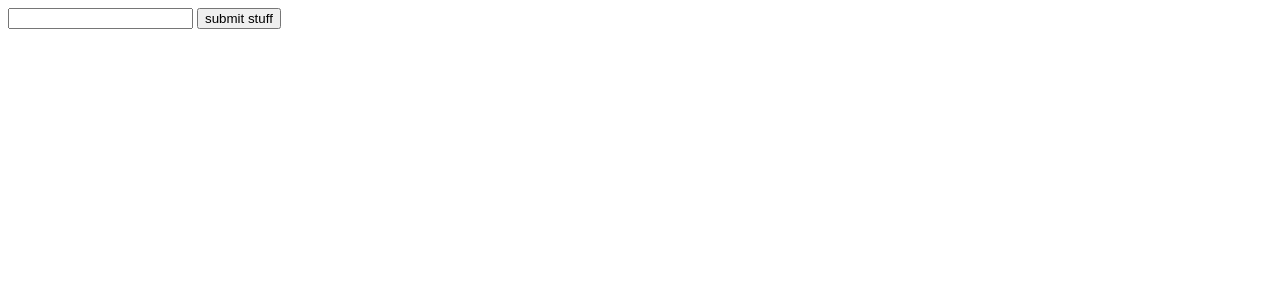
Repository: sheddy1/nasspchart
Page: http://localhost/practice.php
These files come from the project's save history. The page is drawn as it stood at one moment and after the next save; the edit follows.
The browser window is 1280 px wide. The pictures show the whole page.
The page is run by PHP 8.4 with error messages shown; the project is at /var/www/html/.

Above is the page before, as saved 2022-04-05 18:20:52.
Console error: ReferenceError: $ is not defined

### practice.php
<!DOCTYPE html>
<html lang="en">
<head>
    <meta charset="UTF-8">
    <meta http-equiv="X-UA-Compatible" content="IE=edge">
    <meta name="viewport" content="width=device-width, initial-scale=1.0">
    <title>Document</title>



</head>
<body>
    <form action="" method="POST" >
        <input type="text" id='sheddy'>
        <button id="sheddy1" name="sheddy1">
            submit stuff
        </button>
    </form>
</body>
</html>

<?php

if(isset($_POST['sheddy1']))
{
    echo"<script>alert('you can view chart')</script>";
}

?>

<script>
        $(document).ready(function(){
           $('#sheddy1').click(function(){
                var employee = $('#sheddy').val();

                    alert(employee);

           });
       });
   </script>

After the next save:
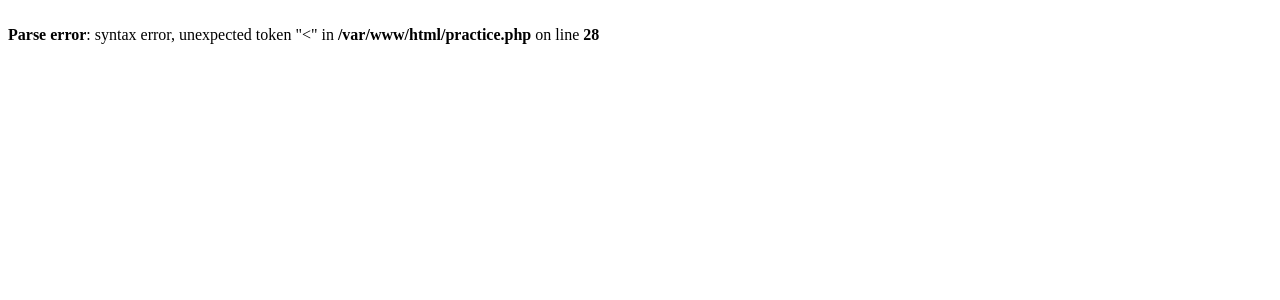
The error is gone.
Saved 27 s later.
--- a/practice.php
+++ b/practice.php
@@ -23,12 +23,9 @@
 
 if(isset($_POST['sheddy1']))
 {
-    echo"<script>alert('you can view chart')</script>";
-}
+    // echo"<script>alert('you can view chart')</script>";
 
-?>
-
-<script>
+    <script>
         $(document).ready(function(){
            $('#sheddy1').click(function(){
                 var employee = $('#sheddy').val();
@@ -38,3 +35,6 @@
            });
        });
    </script>
+}
+
+?>

After the save that followed:
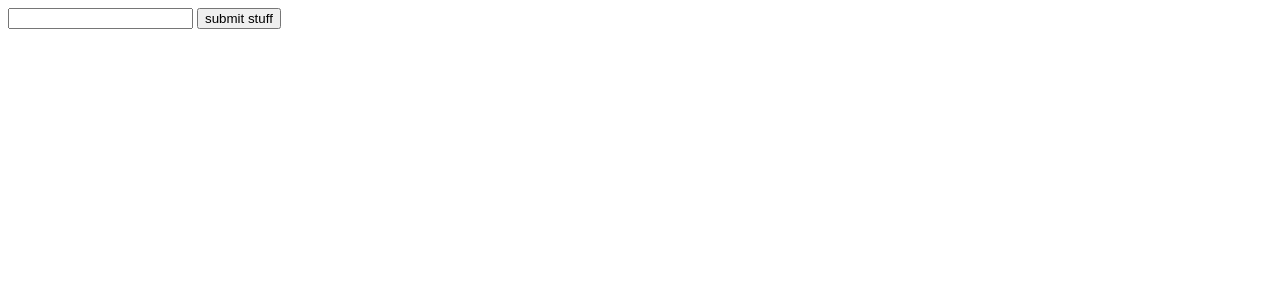
Console error: ReferenceError: $ is not defined
Saved 57 s later.
--- a/practice.php
+++ b/practice.php
@@ -25,7 +25,12 @@
 {
     // echo"<script>alert('you can view chart')</script>";
 
-    <script>
+
+}
+
+?>
+
+<script>
         $(document).ready(function(){
            $('#sheddy1').click(function(){
                 var employee = $('#sheddy').val();
@@ -35,6 +40,3 @@
            });
        });
    </script>
-}
-
-?>
